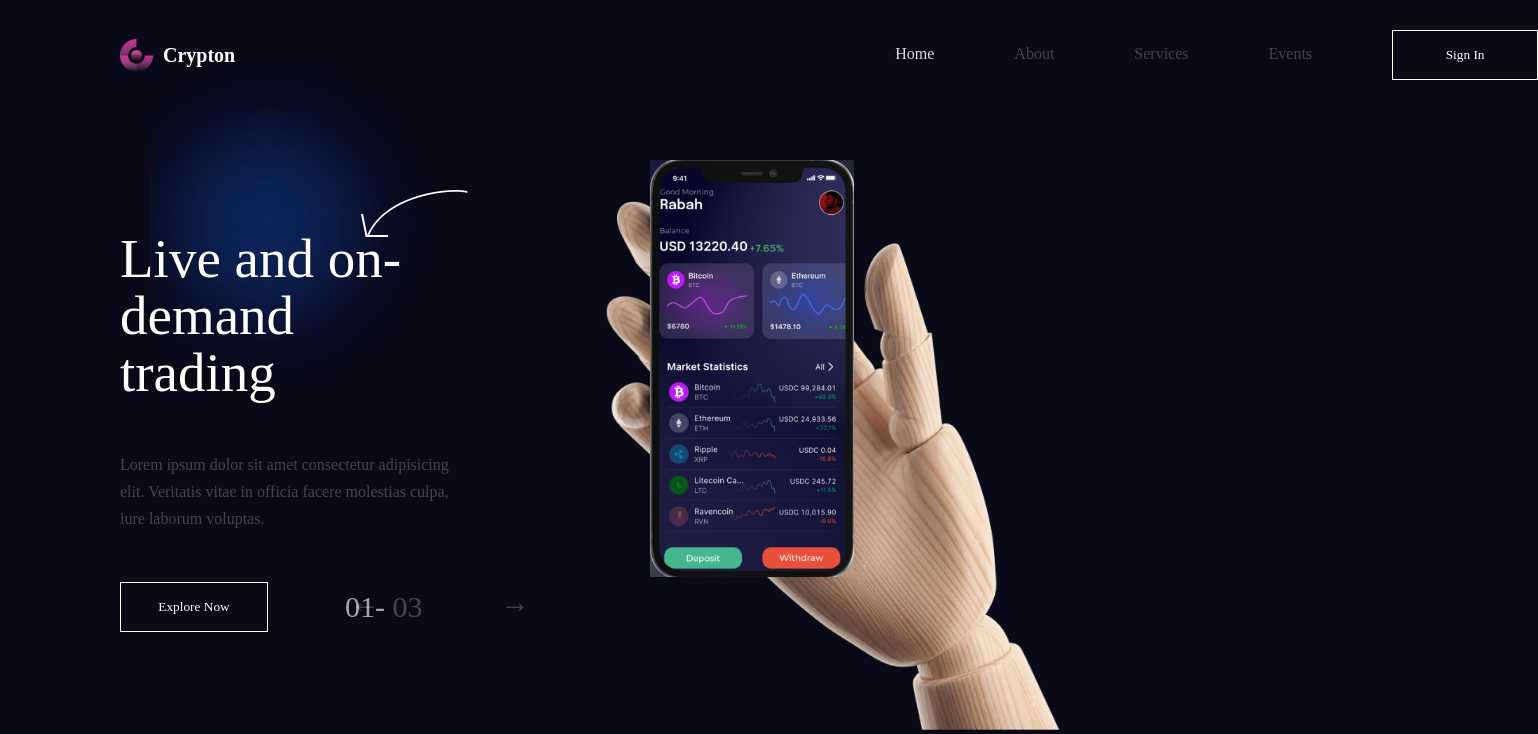
Repository: isaacCodes1/Crypton-Website
Page: index.html
The author's editor kept a copy of each file at every save. The page is drawn from the files as they stood at one save, then again after a run of saves.
The browser window is 1280 px wide. The page is 1538 px wide, so the pictures cover 1538 px, including what lies to the right of the window. The pictures show the whole page.

Above is the page before, as saved 2024-05-14 21:05:07.

### index.html
<!DOCTYPE html>
<html lang="en">
  <head>
    <meta charset="UTF-8" />
    <meta name="viewport" content="width=device-width, initial-scale=1.0" />
    <link rel="stylesheet" href="style.css" />
    <title>Crypton HomePage</title>
  </head>
  <body>
    <header>
      <nav>
        <div class="headerGen">
          <div class="logo">
            <img class="logoImage" src="/Assets/Group 605.png" alt="" />
            <p class="logoText">Crypton</p>
            <ul>
              <li>Home</li>
              <li style="color: #d6d5d54a">About</li>
              <li style="color: #d6d5d54a">Services</li>
              <li style="color: #d6d5d54a">Events</li>
              <button class="sign">Sign In</button>
            </ul>
          </div>
        </div>
      </nav>
    </header>
    <section>
      <div class="firstSectionGeneral">
        <div class="liveTexts">
          <h1 class="liveText"><span><img class="shadow" src="/Assets/shadow.png" alt=""></span><span><img class="arrow" src="/Assets/Arrow_03.png" alt=""></span>Live and on-demand trading</h1>
          <p class="lorem">
            Lorem ipsum dolor sit amet consectetur adipisicing elit. Veritatis
            vitae in officia facere molestias culpa, iure laborum voluptas.
          </p>
          <button class="explore">Explore Now</button>
          <span class="rArrow">&#8592;</span>
          <p class="innerP">01- <span class="theBrownNumber">03</span></p>
          <span class="lArrow">&#8594;</span>
        </div>
      </div>
    </section>
    <section>
      <div class="handDiv">
        <div class="woodenHand">
          <img class="wood" src="/Assets/rabat.png
          " alt="">
          <img class="hand" src="/Assets/Hand.png" alt="">
        </div>
      </div>
    </section>
  </body>
</html>

### style.css
    * {
    margin: 0;
    padding: 0;
    box-sizing: border-box;
    font-family: "poppins";
    }
body{
    background-color: rgb(9, 9, 24);
}
/* NavBar */
.logo {
    display: flex;
    align-items: center;
    gap: 10px;
    padding-top: 30px;
    margin-left: 120px;
    margin-bottom: 150px;
    cursor: pointer;
}
.logoText{
    font-size: 20px;
    color: #fff;
    margin-right: 650px;
    font-weight: 600;
}
.logo ul{
    display: flex;
    color: #dedcdc;
    list-style: none;
    gap: 80px;
    display: flex;
    align-items: center;
    cursor: pointer;
}
    .logo ul li {
        list-style: none;
        display: inline-block;
        /* padding: 8px 12px; */
        position: relative;
    }
    .logo ul li::after {
        content: "";
        width: 0%;
        height: 2px;
        background: #fff;
        display: block;
        margin: auto;
        transition: 0.5s;
    }
    .logo ul li:hover::after {
        width: 70%;
    }

.sign{
    width: 146px;
    height: 50px;
    border: 1px solid #fff;
    background: transparent;
    color: #fff;
    cursor: pointer;
}
/* Landing Page */
.liveTexts{
    /* display: flex; */
}
.liveText{
    display: flex;
    flex-direction: column;
    font-size: 55px;
    width: 340px;
    line-height: 57px;
    color: #fff;
    margin-left: 120px;
    font-weight: normal;
    margin-bottom: 50px;
}
.shadow{
    width: 25%;
    position: absolute;
    top: 20px;
    left: 150px;
    z-index: -1;
}
.lorem{
    color: #d6d5d54a;
    width: 27%;
    margin-left: 120px;
    line-height: 27px;
    margin-bottom: 50px;
}
.explore{
    margin-left: 120px;
    width: 148px;
    height: 50px;
    background: transparent;
    color: #fff;
    border: 1px solid #fff;
}
.arrow{
    position: absolute;
    top: 120px;
    left: 320px;
}
.rArrow{
    position: absolute;
    font-size: 30px;
    top: 585px;
    left: 350px;
    margin-right: 200px;
    color: #d6d5d54a;
    display: flex;
    align-items: center;
}
.lArrow{
    position: absolute;
    font-size: 30px;
    top: 585px;
    left: 500px;
    color: #d6d5d54a;
    display: flex;
    align-items: center;
}
.innerP{
    position: absolute;
    left: 345px;
    top: 590px;
    color: #ffffffa4;
    font-size: 30px;
}
.theBrownNumber{
    color: #d6d5d54a;
}
/* Wooden Hand Image */
.handDiv{
    display: flex;
    position: absolute;
    top: 190px;
    right: 220px;
}
.hand{
    height: 75vh;
    width: 100%;
}
.wood{
    position: absolute;
    right: 206px;
    top: -30px;
    width: 45%;
}

After the next 2 saves:
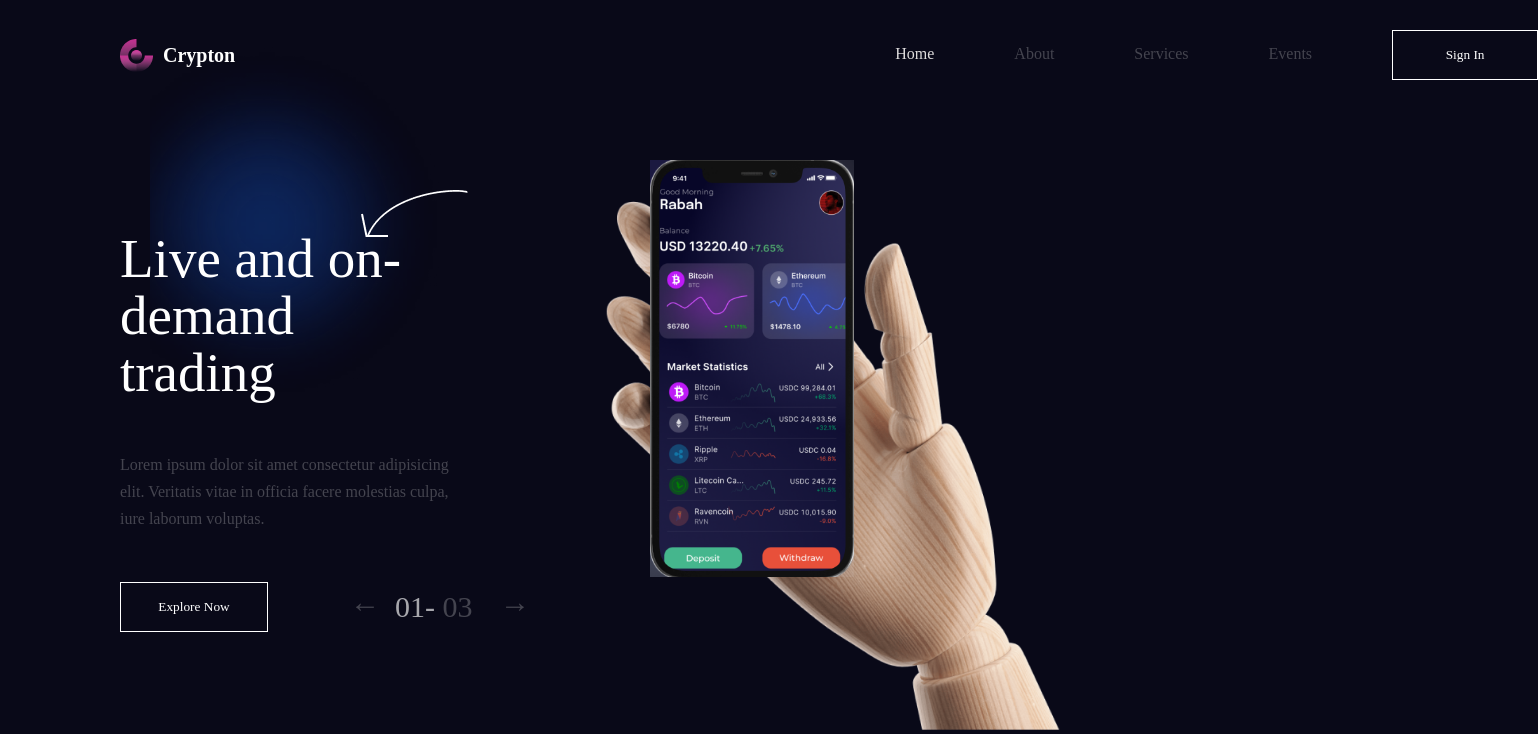
The 2 saves are shown as one change because they came seconds apart.
The last was saved 10 s later.
--- a/style.css
+++ b/style.css
@@ -122,7 +122,7 @@ body{
 }
 .innerP{
     position: absolute;
-    left: 345px;
+    left: 395px;
     top: 590px;
     color: #ffffffa4;
     font-size: 30px;
